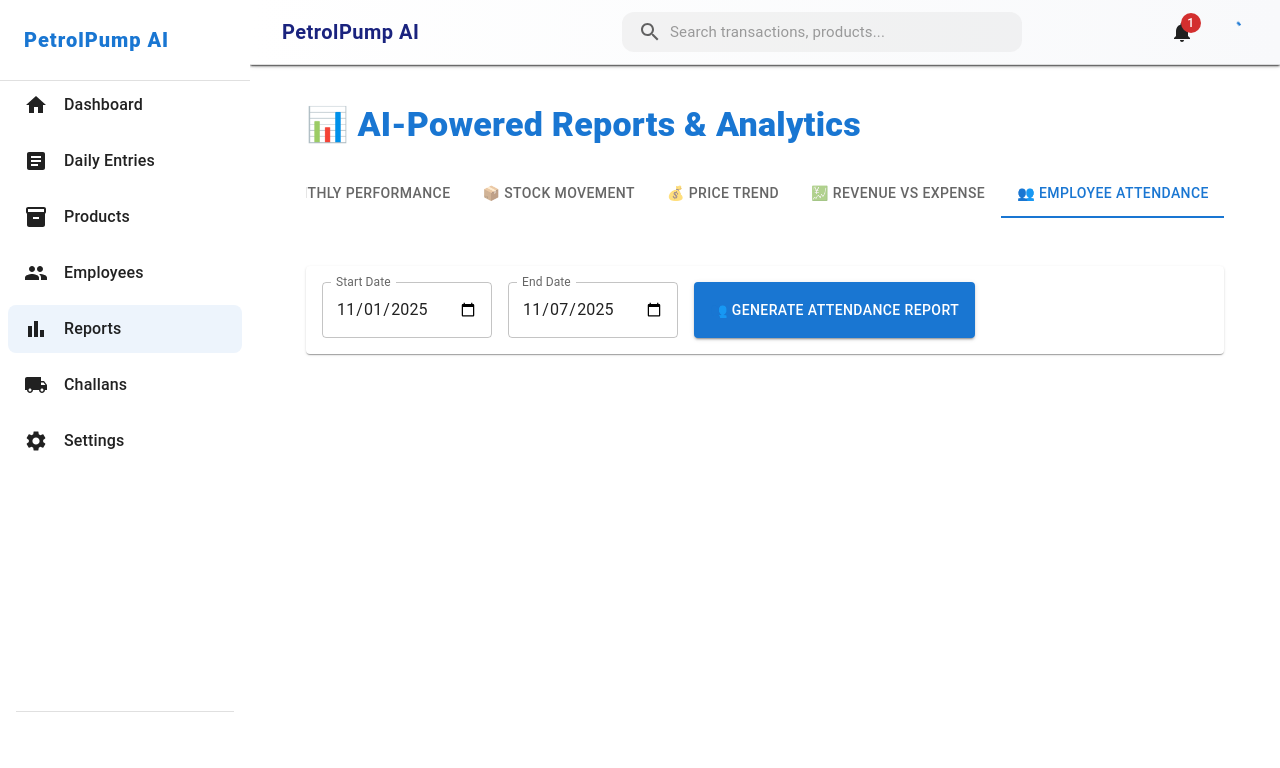
Repository: saquib0509/AI-Enabled-Retail-Management-
Page: /reports (app in frontend/), after clicking the first element matching `#tab-5`
An editor plug-in stored every save of this project. The page is shown before and after the next save, followed by the edit.
The browser window is 1280 px wide. The pictures show the whole page.
The page's requests for data from a server got no answer. The project was rebuilt for these pictures with package versions that can differ from the ones it lists, and the page was loaded fresh each time. No one was signed in, and anything a server would have sent is missing. Also part of the build but not shown: frontend/vite.config.ts, frontend/src/pages/Dashboard.tsx, frontend/src/components/DailyEntryForm.tsx, frontend/src/components/EmployeeList.tsx, frontend/src/components/EmployeeForm.tsx, frontend/src/components/EmployeeAttendance.tsx, frontend/src/components/EmployeeSalary.tsx, frontend/src/pages/Employees.tsx and 8 more.

Above is the page before, as saved 2025-11-08 23:27:36.

### frontend/index.html
<!DOCTYPE html>
<html lang="en">
<head>
  <meta charset="UTF-8">
  <meta name="viewport" content="width=device-width, initial-scale=1.0">
  <title>Petrol Pump Management</title>
  <link rel="stylesheet" href="/src/styles.css">
</head>
<body>
  <div id="root"></div>
  <script type="module" src="/src/main.tsx"></script>
</body>
</html>

### frontend/src/main.tsx
import { StrictMode } from 'react';
import { createRoot } from 'react-dom/client';
import { BrowserRouter } from 'react-router-dom';
import { AppProvider } from './context/AppContext';
import App from './App';
import './styles.css';

// Initialize the application
const container = document.getElementById('root');

if (!container) {
  throw new Error("Failed to find the root element");
}

const root = createRoot(container);

root.render(
  <StrictMode>
    <BrowserRouter>
      <AppProvider>
        <App />
      </AppProvider>
    </BrowserRouter>
  </StrictMode>
);

### frontend/src/App.tsx
import { Routes, Route } from 'react-router-dom';
import Layout from './components/layout/Layout';
import Dashboard from './pages/Dashboard';
import DailyEntryForm from './components/DailyEntryForm';
import Employees from "./pages/Employees";
import Products from "./pages/Products";
import Settings from "./pages/Settings";
import Challans from "./pages/Challans";
import Reports from "./pages/Reports";



const App = () => {
  return (
    <div className="app-container">
      <Routes>
        <Route path="/" element={<Layout />}>
          <Route index element={<Dashboard />} />
          <Route path="entries" element={<DailyEntryForm />} />
          <Route path="products" element={<Products />} />
          <Route path="employees" element={<Employees />} />
          <Route path="reports" element={<Reports />} />
          <Route path="settings" element={<Settings />} />
          <Route path="challans" element={<Challans />} />
        </Route>
      </Routes>
    </div>
  );
};

export default App;

### frontend/src/components/layout/Layout.tsx
import { useState } from 'react';
import { Outlet } from 'react-router-dom';
import { Box, CssBaseline, AppBar, Toolbar, useTheme, useMediaQuery } from '@mui/material';
import Sidebar from './Sidebar';
import Navbar from './Navbar';

const drawerWidth = 250;

export default function Layout() {
  const [mobileOpen, setMobileOpen] = useState(false);
  const theme = useTheme();
  const isDesktop = useMediaQuery(theme.breakpoints.up('md'));

  const handleDrawerToggle = () => {
    setMobileOpen(!mobileOpen);
  };

  return (
    <Box sx={{ display: 'flex', minHeight: '100vh', bgcolor: 'background.default', color: 'text.primary' }}>
      <CssBaseline />
      {/* AppBar */}
      <AppBar
        position="fixed"
        sx={{
          width: { md: `calc(100% - ${drawerWidth}px)` },
          ml: { md: `${drawerWidth}px` },
          bgcolor: 'background.paper',
          color: 'text.primary',
          boxShadow: 2
        }}
        elevation={isDesktop ? 1 : 4}
      >
        <Toolbar variant="dense" disableGutters>
          <Navbar onMenuClick={handleDrawerToggle} />
        </Toolbar>
      </AppBar>
      {/* Drawer/Sidebar */}
      <Sidebar
        variant={isDesktop ? 'permanent' : 'temporary'}
        open={isDesktop ? true : mobileOpen}
        onClose={handleDrawerToggle}
        drawerWidth={drawerWidth}
      />
      {/* Main Content */}
      <Box
        component="main"
        sx={{
          flexGrow: 1,
          p: { xs: 2, sm: 3, md: 4 },
          width: { xs: '100%', md: `calc(100% - ${drawerWidth}px)` },
          mt: 6,
          minHeight: '100vh',
        }}
      >
        <Outlet />
      </Box>
    </Box>
  );
}

### frontend/src/pages/Reports.tsx
import { useState, FC } from 'react';

import { Box, Tabs, Tab, Typography, LinearProgress } from '@mui/material';

import DailySalesReport from '../components/Reports/DailySalesReport';
import MonthlyPerformanceReport from '../components/Reports/MonthlyPerformanceReport';
import StockMovementReport from '../components/Reports/StockMovementReport';
import PriceTrendReport from '../components/Reports/PriceTrendReport';
import RevenueVsExpenseReport from '../components/Reports/RevenueVsExpenseReport';
import EmployeeAttendanceReport from '../components/Reports/EmployeeAttendanceReport';
import PayrollReport from '../components/Reports/PayrollReport';


interface TabPanelProps {
  children?: React.ReactNode;
  index: number;
  value: number;
}

const TabPanel: FC<TabPanelProps> = (props) => {
  const { children, value, index, ...other } = props;
  return (
    <div
      role="tabpanel"
      hidden={value !== index}
      id={`tabpanel-${index}`}
      aria-labelledby={`tab-${index}`}
      {...other}
    >
      {value === index && <Box sx={{ pt: 3 }}>{children}</Box>}
    </div>
  );
};

const Reports: FC = () => {
  const [tabValue, setTabValue] = useState<number>(0);

  return (
    <Box sx={{ p: 3 }}>
      <Typography variant="h4" fontWeight={800} color="primary.main" sx={{ mb: 3 }}>
        📊 AI-Powered Reports & Analytics
      </Typography>

      <Tabs value={tabValue} onChange={(_, v) => setTabValue(v)} sx={{ mb: 3 }}>
        <Tab label="📈 Daily Sales" id="tab-0" aria-controls="tabpanel-0" />
        <Tab label="📅 Monthly Performance" id="tab-1" aria-controls="tabpanel-1" />
        <Tab label="📦 Stock Movement" id="tab-2" aria-controls="tabpanel-2" />
        <Tab label="💰 Price Trend" id="tab-3" aria-controls="tabpanel-3" />
        <Tab label="💹 Revenue vs Expense" id="tab-4" aria-controls="tabpanel-4" />
        <Tab label="👥 Employee Attendance" id="tab-5" aria-controls="tabpanel-5" />
        <Tab label="💵 Payroll" id="tab-6" aria-controls="tabpanel-6" />
      </Tabs>

      <TabPanel value={tabValue} index={0}>
        <DailySalesReport />
      </TabPanel>
      <TabPanel value={tabValue} index={1}>
        <MonthlyPerformanceReport />
      </TabPanel>
      <TabPanel value={tabValue} index={2}>
        <StockMovementReport />
      </TabPanel>
      <TabPanel value={tabValue} index={3}>
        <PriceTrendReport />
      </TabPanel>
      <TabPanel value={tabValue} index={4}>
        <RevenueVsExpenseReport />
      </TabPanel>
      <TabPanel value={tabValue} index={5}>
        <EmployeeAttendanceReport />
      </TabPanel>
      <TabPanel value={tabValue} index={6}>
        <PayrollReport />
      </TabPanel>
    </Box>
  );
};

export default Reports;

### frontend/src/services/api.ts
import axios from "axios";

const api = axios.create({
  baseURL: "http://localhost:8080/api",
  headers: {
    'Content-Type': 'application/json',
  },
});

export default api;

### frontend/src/components/Reports/EmployeeAttendanceReport.tsx
import { useState, FC, useEffect } from 'react';
import {
  Box, Paper, TextField, Button, Card, CardContent,
  Grid, Typography, Alert, Stack, LinearProgress, Chip
} from '@mui/material';
import {
  BarChart, Bar, PieChart, Pie, Cell, XAxis, YAxis, CartesianGrid, Tooltip, Legend, ResponsiveContainer
} from 'recharts';
import TrendingUpIcon from '@mui/icons-material/TrendingUp';
import TrendingDownIcon from '@mui/icons-material/TrendingDown';
import AutoAwesomeIcon from '@mui/icons-material/AutoAwesome';
import WarningIcon from '@mui/icons-material/Warning';
import api from '../../services/api';

interface EmployeeAttendanceData {
  employeeId: number;
  employeeName: string;
  presentDays: number;
  absentDays: number;
  leaveDays: number;
  totalDays: number;
  attendancePercentage: number;
}

interface AttendanceReportType {
  employeeAttendanceData: EmployeeAttendanceData[];
  overallAttendance: number;
  totalEmployees: number;
  highAttendanceCount: number;
  lowAttendanceCount: number;
  statusDistribution: any[];
  aiInsights: {
    bestAttendee: string;
    bestAttendeePercentage: number;
    worstAttendee: string;
    worstAttendeePercentage: number;
    attendanceHealth: string;
    lowAttendanceEmployees: string[];
    absenteeismAlert: string;
    summary: string;
  };
}

const COLORS = ['#4CAF50', '#FF6B6B', '#FFC107'];

const EmployeeAttendanceReport: FC = () => {
  const [startDate, setStartDate] = useState<string>('2025-11-01');
  const [endDate, setEndDate] = useState<string>('2025-11-07');
  const [report, setReport] = useState<AttendanceReportType | null>(null);
  const [loading, setLoading] = useState<boolean>(false);

  useEffect(() => {
    fetchReport();
  }, []);

  const fetchReport = async (): Promise<void> => {
    setLoading(true);
    try {
      const res = await api.get<AttendanceReportType>(
        `/reports/employee-attendance?startDate=${startDate}&endDate=${endDate}`
      );
      setReport(res.data);
    } catch (error) {
      console.error('Error fetching attendance report:', error);
    } finally {
      setLoading(false);
    }
  };

  return (
    <Box>
      <Paper sx={{ p: 2, mb: 3 }}>
        <Stack direction="row" spacing={2}>
          <TextField
            type="date"
            label="Start Date"
            value={startDate}
            onChange={(e) => setStartDate(e.target.value)}
            InputLabelProps={{ shrink: true }}
          />
          <TextField
            type="date"
            label="End Date"
            value={endDate}
            onChange={(e) => setEndDate(e.target.value)}
            InputLabelProps={{ shrink: true }}
          />
          <Button variant="contained" onClick={fetchReport} disabled={loading}>
            {loading ? '⏳ Loading...' : '👥 Generate Attendance Report'}
          </Button>
        </Stack>
      </Paper>

      {report && (
        <>
          {/* AI INSIGHTS - PROMINENTLY DISPLAYED */}
          <Paper
            sx={{
              p: 3,
              mb: 3,
              background: 'linear-gradient(135deg, #667eea 0%, #764ba2 100%)',
              color: 'white'
            }}
          >
            <Stack direction="row" spacing={1} alignItems="center" sx={{ mb: 2 }}>
              <AutoAwesomeIcon fontSize="large" />
              <Typography variant="h5" fontWeight="bold">
                AI Attendance Intelligence
              </Typography>
            </Stack>

            <Typography variant="body1" sx={{ mb: 2, lineHeight: 1.8 }}>
              {report.aiInsights.summary}
            </Typography>

            <Grid container spacing={2}>
              <Grid item xs={12} sm={6} md={3}>
                <Box sx={{ bgcolor: 'rgba(255,255,255,0.2)', p: 2, borderRadius: 2 }}>
                  <Typography variant="caption">Best Attendee</Typography>
                  <Typography variant="h6" fontWeight="bold">
                    {report.aiInsights.bestAttendee}
                  </Typography>
                  <Stack direction="row" spacing={1} alignItems="center">
                    <TrendingUpIcon fontSize="small" />
                    <Typography variant="body2">
                      {report.aiInsights.bestAttendeePercentage?.toFixed(1)}%
                    </Typography>
                  </Stack>
                </Box>
              </Grid>

              <Grid item xs={12} sm={6} md={3}>
                <Box sx={{ bgcolor: 'rgba(255,255,255,0.2)', p: 2, borderRadius: 2 }}>
                  <Typography variant="caption">Worst Attendee</Typography>
                  <Typography variant="h6" fontWeight="bold">
                    {report.aiInsights.worstAttendee}
                  </Typography>
                  <Stack direction="row" spacing={1} alignItems="center">
                    <TrendingDownIcon fontSize="small" />
                    <Typography variant="body2">
                      {report.aiInsights.worstAttendeePercentage?.toFixed(1)}%
                    </Typography>
                  </Stack>
                </Box>
              </Grid>

              <Grid item xs={12} sm={6} md={3}>
                <Box sx={{ bgcolor: 'rgba(255,255,255,0.2)', p: 2, borderRadius: 2 }}>
                  <Typography variant="caption">Attendance Health</Typography>
                  <Typography variant="h6" fontWeight="bold">
                    {report.aiInsights.attendanceHealth}
                  </Typography>
                  <Typography variant="body2">
                    Team overall: {report.overallAttendance?.toFixed(1)}%
                  </Typography>
                </Box>
              </Grid>

              <Grid item xs={12} sm={6} md={3}>
                <Box sx={{ bgcolor: 'rgba(255,255,255,0.2)', p: 2, borderRadius: 2 }}>
                  <Typography variant="caption">At Risk Employees</Typography>
                  <Typography variant="h6" fontWeight="bold">
                    {report.lowAttendanceCount}
                  </Typography>
                  <Typography variant="body2">
                    Below 80% attendance
                  </Typography>
                </Box>
              </Grid>
            </Grid>

            {/* Absenteeism Alert */}
            <Alert severity="warning" sx={{ mt: 2, bgcolor: 'rgba(255,255,255,0.9)' }}>
              <Stack direction="row" spacing={1} alignItems="center">
                <WarningIcon />
                <Typography variant="body2">{report.aiInsights.absenteeismAlert}</Typography>
              </Stack>
            </Alert>
          </Paper>

          {/* Summary Cards */}
          <Grid container spacing={2} sx={{ mb: 3 }}>
            <Grid item xs={12} sm={6} md={3}>
              <Card>
                <CardContent>
                  <Typography color="textSecondary" variant="body2">Total Employees</Typography>
                  <Typography variant="h6">{report.totalEmployees}</Typography>
                </CardContent>
              </Card>
            </Grid>
            <Grid item xs={12} sm={6} md={3}>
              <Card>
                <CardContent>
                  <Typography color="textSecondary" variant="body2">Overall Attendance</Typography>
                  <Typography variant="h6">{report.overallAttendance?.toFixed(1)}%</Typography>
                </CardContent>
              </Card>
            </Grid>
            <Grid item xs={12} sm={6} md={3}>
              <Card>
                <CardContent>
                  <Typography color="textSecondary" variant="body2">High Attendance</Typography>
                  <Typography variant="h6">{report.highAttendanceCount} (≥90%)</Typography>
                </CardContent>
              </Card>
            </Grid>
            <Grid item xs={12} sm={6} md={3}>
              <Card>
                <CardContent>
                  <Typography color="textSecondary" variant="body2">Low Attendance</Typography>
                  <Typography variant="h6">{report.lowAttendanceCount} (&lt;80%)</Typography>
                </CardContent>
              </Card>
            </Grid>
          </Grid>

          {/* Pie Chart - Status Distribution */}
          <Paper sx={{ p: 2, mb: 3 }}>
            <Typography variant="h6" sx={{ mb: 2 }}>
              📊 Attendance Status Distribution
            </Typography>
            <ResponsiveContainer width="100%" height={300}>
              <PieChart>
                <Pie
                  data={report.statusDistribution}
                  cx="50%"
                  cy="50%"
                  labelLine={false}
                  label={({ status, percentage }) => `${status}: ${percentage?.toFixed(1)}%`}
                  outerRadius={100}
                  fill="#8884d8"
                  dataKey="count"
                >
                  {report.statusDistribution.map((_, idx) => (
                    <Cell key={`slice-${idx}`} fill={COLORS[idx % COLORS.length]} />
                  ))}
                </Pie>
                <Tooltip formatter={(value) => `${value} days`} />
                <Legend />
              </PieChart>
            </ResponsiveContainer>
          </Paper>

          {/* Bar Chart - Employee Attendance */}
          <Paper sx={{ p: 2, mb: 3 }}>
            <Typography variant="h6" sx={{ mb: 2 }}>
              📈 Employee Attendance Breakdown
            </Typography>
            <ResponsiveContainer width="100%" height={350}>
              <BarChart
                data={report.employeeAttendanceData.map((e) => ({
                  name: e.employeeName,
                  present: e.presentDays,
                  absent: e.absentDays,
                  leave: e.leaveDays,
                  percentage: e.attendancePercentage
                }))}
                margin={{ bottom: 100 }}
              >
                <CartesianGrid strokeDasharray="3 3" />
                <XAxis
                  dataKey="name"
                  angle={-45}
                  textAnchor="end"
                  height={150}
                  tick={{ fontSize: 12 }}
                />
                <YAxis />
                <Tooltip />
                <Legend />
                <Bar dataKey="present" fill="#4CAF50" name="Present" />
                <Bar dataKey="absent" fill="#FF6B6B" name="Absent" />
                <Bar dataKey="leave" fill="#FFC107" name="Leave" />
              </BarChart>
            </ResponsiveContainer>
          </Paper>

          {/* Employee Details Table */}
          <Paper sx={{ p: 2 }}>
            <Typography variant="h6" sx={{ mb: 2 }}>
              👥 Detailed Employee Attendance
            </Typography>
            <Box sx={{ overflowX: 'auto' }}>
              <table style={{ width: '100%', borderCollapse: 'collapse' }}>
                <thead>
                  <tr style={{ borderBottom: '2px solid #ddd', backgroundColor: '#f5f5f5' }}>
                    <th style={{ padding: '12px', textAlign: 'left' }}>Employee Name</th>
                    <th style={{ padding: '12px', textAlign: 'left' }}>Present</th>
                    <th style={{ padding: '12px', textAlign: 'left' }}>Absent</th>
                    <th style={{ padding: '12px', textAlign: 'left' }}>Leave</th>
                    <th style={{ padding: '12px', textAlign: 'left' }}>Total Days</th>
                    <th style={{ padding: '12px', textAlign: 'left' }}>Attendance %</th>
                    <th style={{ padding: '12px', textAlign: 'left' }}>Status</th>
                  </tr>
                </thead>
                <tbody>
                  {report.employeeAttendanceData.map((emp, idx) => (
                    <tr key={idx} style={{ borderBottom: '1px solid #eee' }}>
                      <td style={{ padding: '10px' }}>
                        <strong>{emp.employeeName}</strong>
                      </td>
                      <td style={{ padding: '10px' }}>{emp.presentDays}</td>
                      <td style={{ padding: '10px' }}>{emp.absentDays}</td>
                      <td style={{ padding: '10px' }}>{emp.leaveDays}</td>
                      <td style={{ padding: '10px' }}>{emp.totalDays}</td>
                      <td style={{ padding: '10px' }}>
                        <Stack spacing={0.5}>
                          <Typography variant="body2" fontWeight="bold">
                            {emp.attendancePercentage?.toFixed(1)}%
                          </Typography>
                          <LinearProgress
                            variant="determinate"
                            value={emp.attendancePercentage}
                            sx={{
                              height: 8,
                              borderRadius: 4,
                              backgroundColor: '#e0e0e0',
                              '& .MuiLinearProgress-bar': {
                                borderRadius: 4,
                                backgroundColor:
                                  emp.attendancePercentage >= 90
                                    ? '#4CAF50'
                                    : emp.attendancePercentage >= 80
                                    ? '#FFC107'
                                    : '#FF6B6B'
                              }
                            }}
                          />
                        </Stack>
                      </td>
                      <td style={{ padding: '10px' }}>
                        {emp.attendancePercentage >= 90 ? (
                          <Chip label="Excellent" size="small" color="success" />
                        ) : emp.attendancePercentage >= 80 ? (
                          <Chip label="Good" size="small" color="warning" />
                        ) : (
                          <Chip label="At Risk" size="small" color="error" />
                        )}
                      </td>
                    </tr>
                  ))}
                </tbody>
              </table>
            </Box>
          </Paper>
        </>
      )}
    </Box>
  );
};

export default EmployeeAttendanceReport;

Loaded but not shown: frontend/src/components/Reports/DailySalesReport.tsx (285 lines, source omitted); frontend/src/context/AppContext.tsx (287 lines, source omitted); frontend/src/components/layout/Navbar.tsx (229 lines, source omitted); frontend/src/components/layout/Sidebar.tsx (149 lines, source omitted); frontend/src/styles.css (204 lines, source omitted)

After the next save:
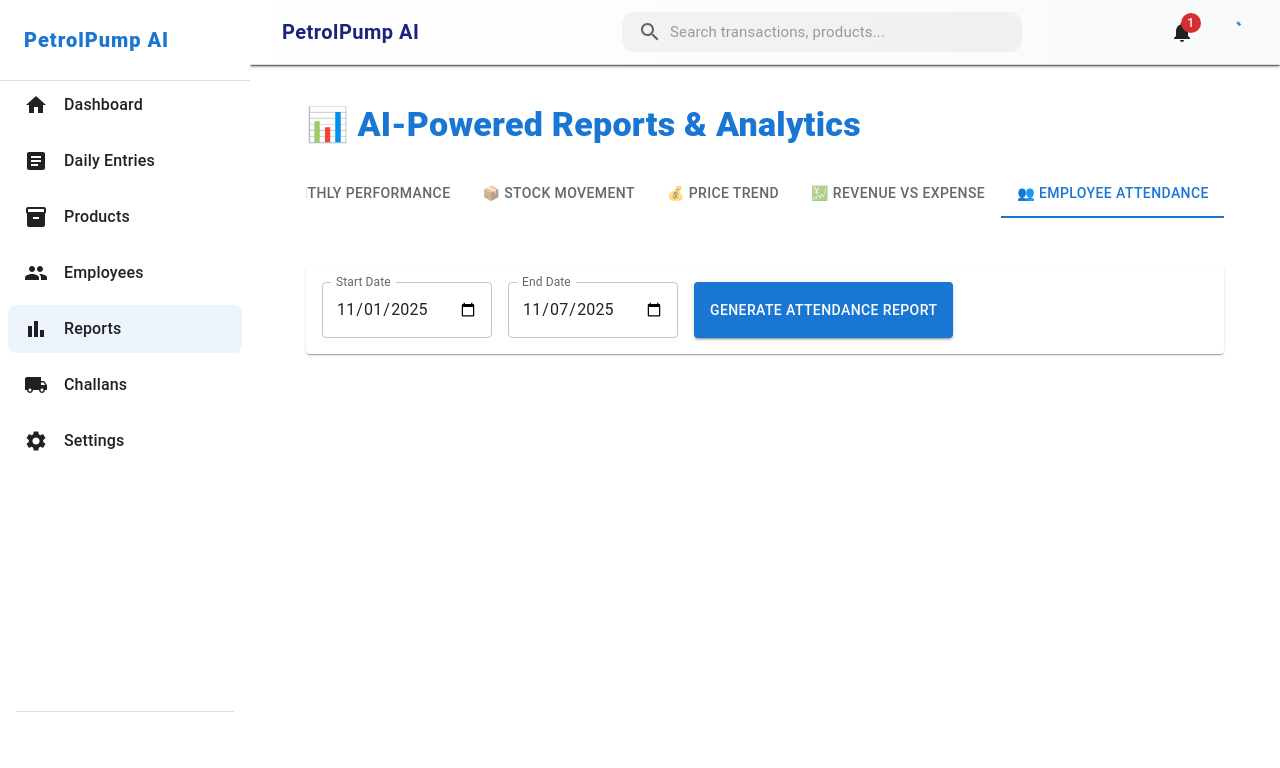
Saved 5 s later.
--- a/frontend/src/components/Reports/EmployeeAttendanceReport.tsx
+++ b/frontend/src/components/Reports/EmployeeAttendanceReport.tsx
@@ -86,7 +86,7 @@ const EmployeeAttendanceReport: FC = () => {
             InputLabelProps={{ shrink: true }}
           />
           <Button variant="contained" onClick={fetchReport} disabled={loading}>
-            {loading ? '⏳ Loading...' : '👥 Generate Attendance Report'}
+            {loading ? 'Loading...' : 'Generate Attendance Report'}
           </Button>
         </Stack>
       </Paper>
